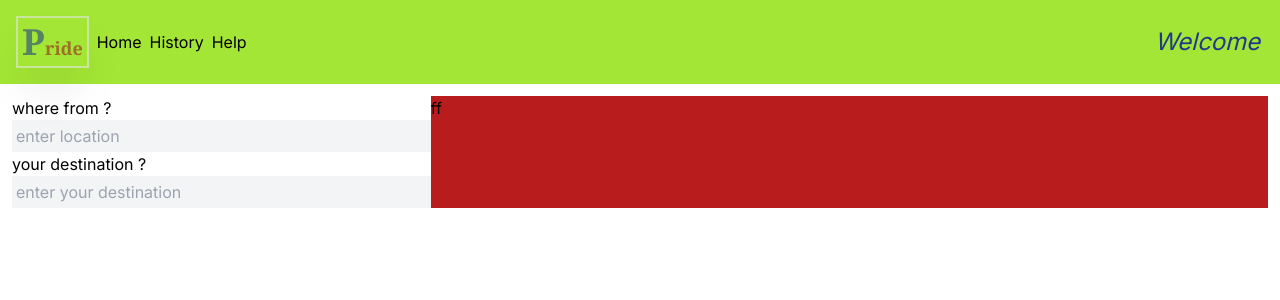
Repository: Semanmernstack/uber-mapbox
Page: /
These files come from the project's save history. The page is drawn as it stood at one moment and after the next save; the edit follows.
The browser window is 1280 px wide. The pictures show the whole page.
The page's requests for data from a server got no answer. The project was rebuilt for these pictures with package versions that can differ from the ones it lists, and the page was loaded fresh each time. Some packages were replaced by stand-ins written for this rebuild. The framework's server and built-in components were replaced by stand-ins that run in the browser. No one was signed in, and anything a server would have sent is missing. Also part of the build but not shown: next.config.js.

Above is the page before, as saved 2023-08-15 07:13:38.

### app/layout.tsx
import './globals.css'
import type { Metadata } from 'next'
import { Inter } from 'next/font/google'
import Nav from './components/Nav'
import { ClerkProvider } from '@clerk/nextjs'

const inter = Inter({ subsets: ['latin'] })

export const metadata: Metadata = {
  title: 'Create Next App',
  description: 'Generated by create next app',
}

export default function RootLayout({
  children,
}: {
  children: React.ReactNode
}) {
  return (
    <ClerkProvider>
      <html lang="en">
        <body className={inter.className}> <Nav/>  {children}</body>
      </html>
    </ClerkProvider>
  )
}

### app/page.tsx
import Image from 'next/image'
import Booking from './components/Booking'

export default function Home() {
  return (
    <main className="p-3 gap">
      <div className="grid grid-cols-1 md:grid-cols-3 ">
        <div className="">
          <Booking/>

        </div>
        <div className=" bg-red-700 col-span-2">
          <h1>ff</h1>
        </div>
      </div>
    </main>
  )
}

### app/components/Nav.tsx
import { UserButton, currentUser } from '@clerk/nextjs'
import React from 'react'

async function Nav() {
    const user = await currentUser()
  return (
    <div className="flex items-center justify-between p-4 bg-lime-400">
        <div className="flex items-center gap-2">

            <h1 className="font-extrabold shadow-2xl border-gray-200 border-2 p-1 font-serif text-2xl md:text-3xl lg:text-4xl animate-pulse text-blue-900">P<span className="text-lg animate-none font-bold text-red-800">ride</span></h1>
            <h2>Home</h2>
            <h2>History</h2>
            <h2>Help</h2>

        </div>
        <div className="flex gap-1 items-center">
            <h1 className="text-2xl text-blue-900 italic">Welcome</h1>
            <h1 className='hidden md:inline-flex'>{user?.firstName}</h1>
            <UserButton/>
        </div>
    </div>
  )
}

export default Nav

### app/components/Booking.tsx
import React from 'react'
import BookingInput from './BookingInput'

function Booking() {
  return (
    <div>
        <BookingInput/>
    </div>
  )
}

export default Booking

### app/components/BookingInput.tsx
import React, { useState } from 'react'

function BookingInput() {
    const [where, setWhere] = useState<any>()
    const [to, setTo] = useState<any>()
  return (
    <div className="flex flex-col">
        <div>
            <label> where from ?</label>
            <input type="text" placeholder='enter location'
                value={where}
                onChange={(e) => setWhere(e.target.value)}
                className="border-1 w-full outline-none bg-gray-100 focus:border-gray-700 p-1"
            />
        </div>

        <div>
            <label> your destination ?</label>

            <input type="text" placeholder='enter your destination'
                value={to}
                onChange={(e) => setTo(e.target.value)}
                className="border-1 w-full outline-none bg-gray-100 focus:border-gray-700 p-1"
            />
        </div>
    </div>
  )
}

export default BookingInput

Loaded but not shown: app/globals.css (common file); tailwind.config.ts (common file)

After the next save:
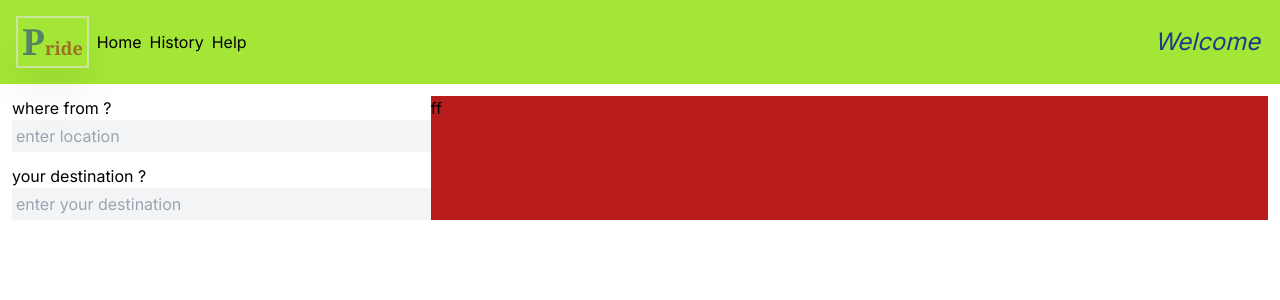
Saved 18 s later.
--- a/app/components/BookingInput.tsx
+++ b/app/components/BookingInput.tsx
@@ -4,7 +4,7 @@
     const [where, setWhere] = useState<any>()
     const [to, setTo] = useState<any>()
   return (
-    <div className="flex flex-col">
+    <div className="flex flex-col gap-3">
         <div>
             <label> where from ?</label>
             <input type="text" placeholder='enter location'
